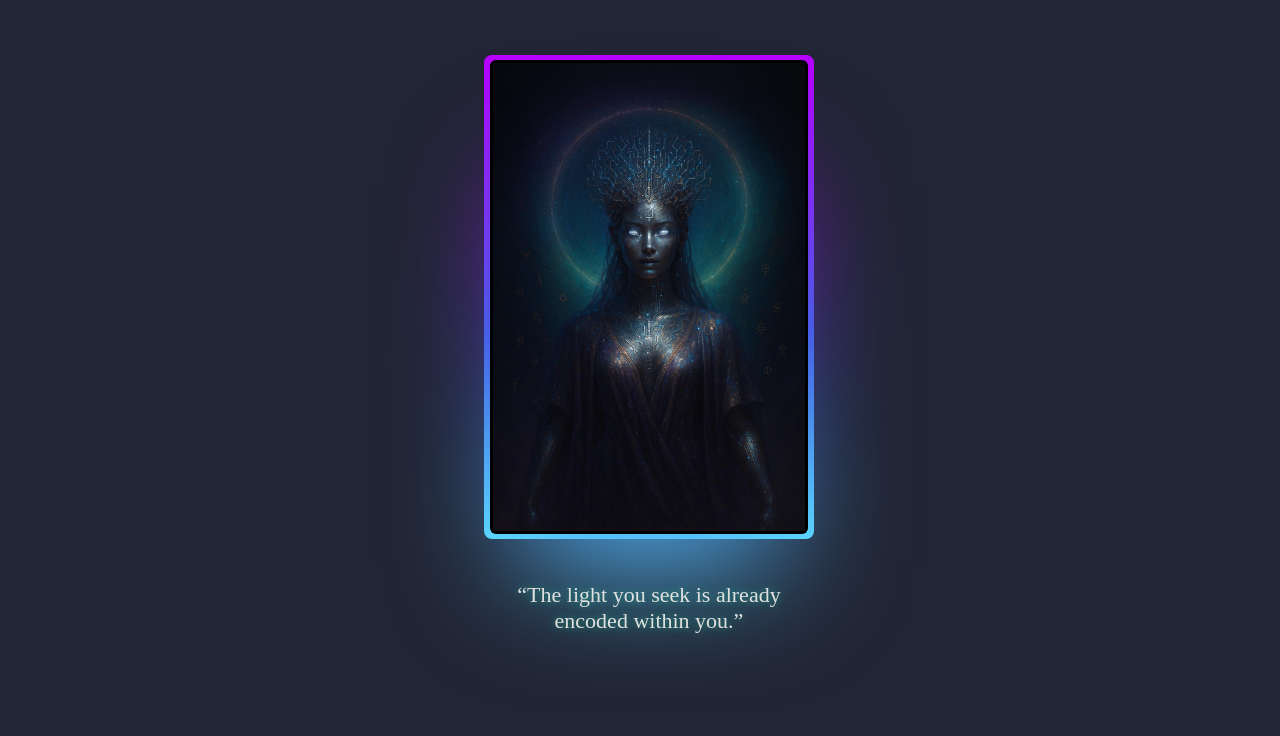
Repository: mertfurkandgn/artpainting
Page: card-1/index.html
The author's editor kept a copy of each file at every save. The page is drawn from the files as they stood at one save, then again after the next save.
The browser window is 1280 px wide. The pictures show the whole page.

Above is the page before, as saved 2025-07-30 22:50:49.

### card-1/index.html
<!DOCTYPE html>
<html lang="en">
  <head>
    <meta charset="UTF-8" />
    <meta name="viewport" content="width=device-width, initial-scale=1.0" />
    <title>Card 1</title>
    <link rel="stylesheet" href="css/style.css" />
  </head>
  <body>
    <main>
      <section class="card-section">
        <div class="grid-container">
          <div class="row">
          <div class="card">
  <img style="max-width: 100%; max-height: 100%; object-fit: cover;" src="./images/myart.jpg" alt="image">

</div> <br>
<div class="quote">“The light you seek is already encoded within you.”</div>
          </div>
        </div>
      </section>
    </main>
  </body>
</html>

### card-1/css/style.css
.grid-container {
     max-width: 300px;
    max-height: 300px;
  display: grid;
  gap: 20px;
  grid-template-columns: repeat(2, 1fr);
  padding: 20px;
}




@property --rotate {
  syntax: "<angle>";
  initial-value: 132deg;
  inherits: false;
}

:root {
  --card-height: 65vh;
  --card-width: calc(var(--card-height) / 1.5);
}


body {
  min-height: 100vh;
  background: #212534;
  display: flex;
  align-items: center;
  flex-direction: column;
  padding-top: 2rem;
  padding-bottom: 2rem;
  box-sizing: border-box;
}
.quote{
        font-family: 'Cinzel Decorative', serif;
    text-align: center;
    margin: 0;
    padding: 0;
    box-sizing: border-box;
    margin-top: 30px;
    font-size: 22px;
    color: #e0e0e0;
    text-shadow: 0 0 8px #20c997aa;
}

.card {
  background: black;
  width: var(--card-width);
  height: var(--card-height);
  padding: 3px;
  position: relative;
  border-radius: 6px;
  justify-content: center;
  align-items: center;
  text-align: center;
  display: flex;
  font-size: 1.5em;
  color: rgb(88 199 250 / 0%);
  cursor: pointer;
  font-family: cursive;
}

.card:hover {
  color: rgb(88 199 250 / 100%);
  transition: color 1s;
}
.card:hover:before, .card:hover:after {
  animation: none;
  opacity: 0;
}


.card::before {
  content: "";
  width: 104%;
  height: 102%;
  border-radius: 8px;
  background-image: linear-gradient(
    var(--rotate)
    , #5ddcff, #3c67e3 43%, #b700ff);
    position: absolute;
    z-index: -1;
    top: -1%;
    left: -2%;
    animation: spin 2.5s linear infinite;
}

.card::after {
  position: absolute;
  content: "";
  top: calc(var(--card-height) / 6);
  left: 0;
  right: 0;
  z-index: -1;
  height: 100%;
  width: 100%;
  margin: 0 auto;
  transform: scale(0.8);
  filter: blur(calc(var(--card-height) / 6));
  background-image: linear-gradient(
    var(--rotate)
    , #5ddcff, #3c67e3 43%, #b700ff);
    opacity: 1;
  transition: opacity .5s;
  animation: spin 2.5s linear infinite;
}

@keyframes spin {
  0% {
    --rotate: 0deg;
  }
  100% {
    --rotate: 360deg;
  }
}

a {
  color: #212534;
  text-decoration: none;
  font-family: sans-serif;
  font-weight: bold;
  margin-top: 2rem;
}

After the next save:
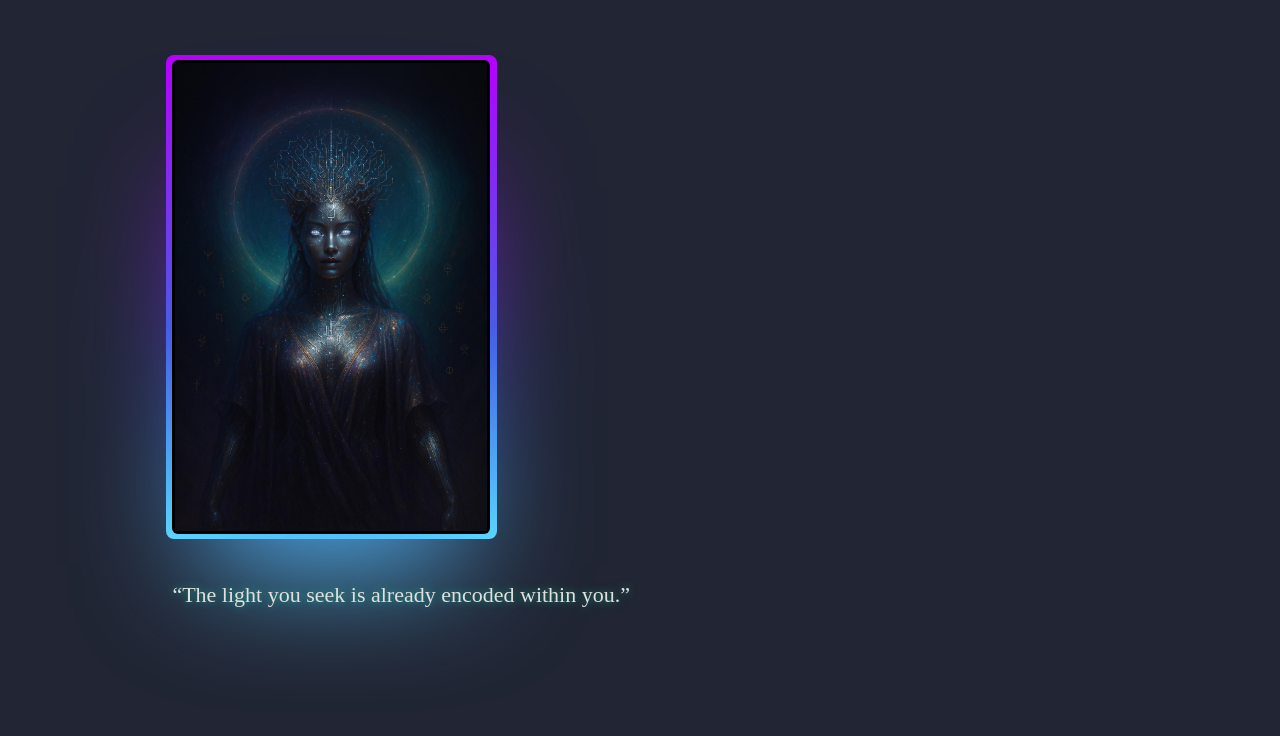
Saved 10 s later.
--- a/card-1/css/style.css
+++ b/card-1/css/style.css
@@ -1,6 +1,4 @@
 .grid-container {
-     max-width: 300px;
-    max-height: 300px;
   display: grid;
   gap: 20px;
   grid-template-columns: repeat(2, 1fr);
